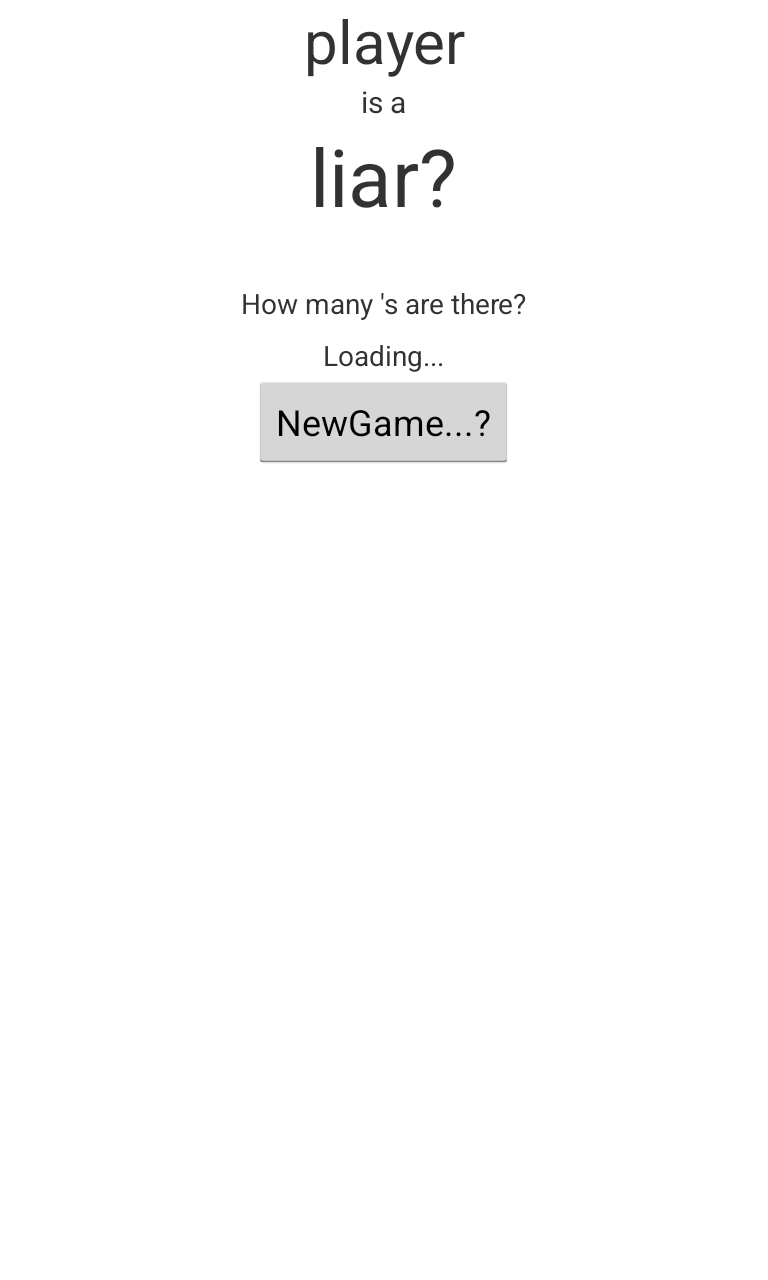
Repository: RayyLim/LiarPoker
Layout: LiarPoker/res/layout/result_main.xml
The author's editor kept a copy of each file at every save. The layout is drawn from the files as they stood at one save, then again after a run of saves.
It is drawn on a 768 x 1280 px phone screen (xhdpi) without system bars, with theme AppTheme; the app's code is not run.

Above is the layout before, as saved 2012-07-22 18:12:17.

### LiarPoker/res/layout/result_main.xml
<?xml version="1.0" encoding="utf-8"?>
<LinearLayout xmlns:android="http://schemas.android.com/apk/res/android"
    android:layout_width="match_parent"
    android:layout_height="match_parent"
    android:orientation="vertical" >



    <LinearLayout
        android:layout_width="wrap_content"
        android:layout_height="wrap_content"
        android:layout_gravity="center_horizontal"
        android:gravity="center_horizontal"
        android:orientation="vertical" >




        <TextView
            android:id="@+id/lastplayer"
            android:layout_width="wrap_content"
            android:layout_height="wrap_content"
            android:gravity="center_horizontal"
            android:text="player"
            android:textSize="30" />



        <TextView
            android:layout_width="wrap_content"
            android:layout_height="wrap_content"
            android:gravity="center_horizontal"
            android:text=" is a "
            android:textSize="15" />



        <TextView
            android:id="@+id/lyingOrNot"
            android:layout_width="wrap_content"
            android:layout_height="wrap_content"
            android:layout_gravity="center_horizontal"
            android:text="liar?"
            android:textSize="40" />

    </LinearLayout>


    <LinearLayout
        android:id="@+id/lyingLayout"
        android:layout_width="wrap_content"
        android:layout_height="wrap_content"
        android:layout_gravity="center_horizontal"
        android:orientation="vertical" >

        <LinearLayout
            android:layout_width="wrap_content"
            android:layout_height="wrap_content" >

            <TextView
                android:layout_width="wrap_content"
                android:layout_height="wrap_content"
                android:text="How many " />

            <TextView
                android:id="@+id/lastNumberText"
                android:layout_width="wrap_content"
                android:layout_height="wrap_content"
                android:text=""
                android:textSize="40" />

            <TextView
                android:layout_width="wrap_content"
                android:layout_height="wrap_content"
                android:text="&apos;s are there?" />
        </LinearLayout>



        <TableLayout
            android:id="@+id/resultTable"
            android:layout_width="wrap_content"
            android:layout_height="match_parent"
            android:layout_gravity="center_horizontal"
            android:layout_weight="8.31" >

        </TableLayout>
    </LinearLayout>


    <TextView
        android:id="@+id/winLoseText"
        android:layout_width="wrap_content"
        android:layout_height="wrap_content"
        android:layout_gravity="center_horizontal"
        android:text="Loading..." />

    <Button
        android:id="@+id/newGameButton"
        android:layout_width="wrap_content"
        android:layout_height="wrap_content"
        android:onClick="NewGameClick"
        android:layout_gravity="center_horizontal"
        android:text="NewGame...?" />

</LinearLayout>

Loaded but not shown: LiarPoker/res/values-v11/styles.xml (common file); LiarPoker/res/values-v14/styles.xml (common file); LiarPoker/res/values/styles.xml (common file)

After the next 2 saves:
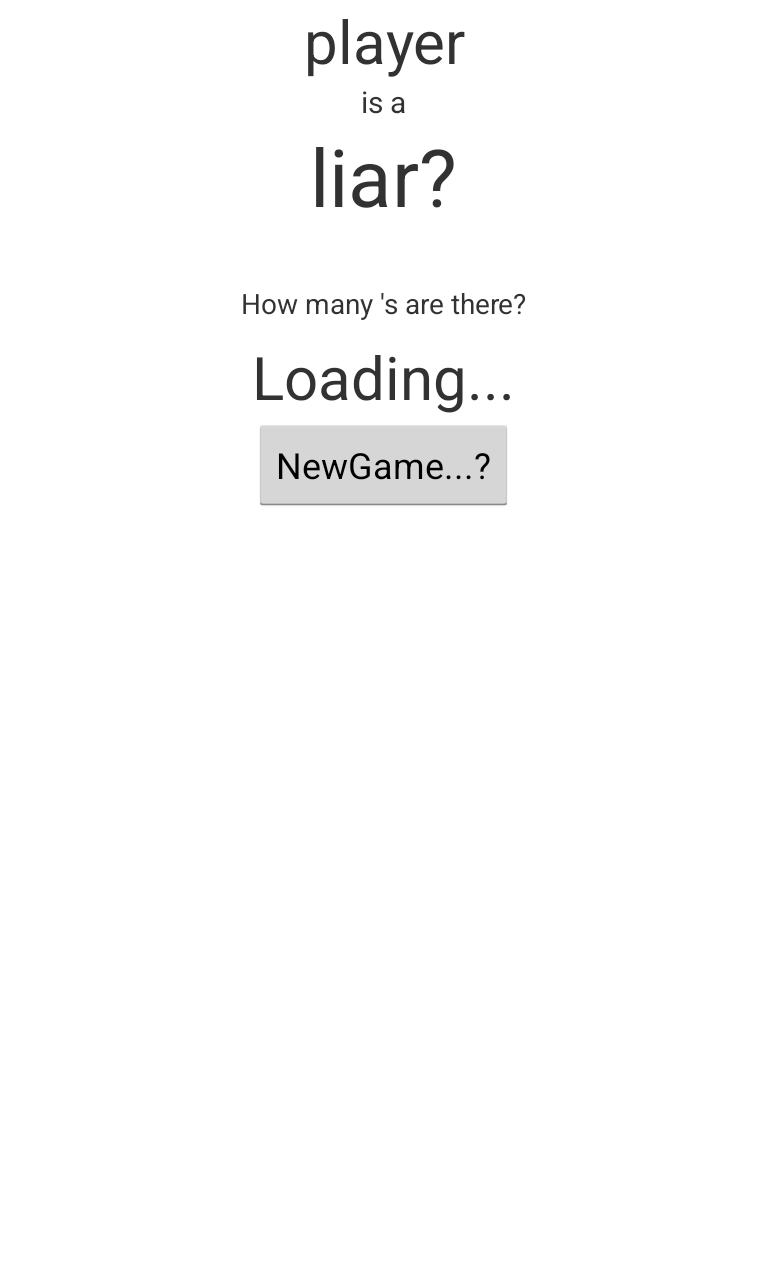
The 2 saves are shown as one change because 1 did not build or start.
The last was saved 3 min 25 s later.
--- a/LiarPoker/res/layout/result_main.xml
+++ b/LiarPoker/res/layout/result_main.xml
@@ -22,7 +22,7 @@
             android:layout_height="wrap_content"
             android:gravity="center_horizontal"
             android:text="player"
-            android:textSize="30" />
+            android:textSize="30dp" />
 
 
 
@@ -31,7 +31,7 @@
             android:layout_height="wrap_content"
             android:gravity="center_horizontal"
             android:text=" is a "
-            android:textSize="15" />
+            android:textSize="15dp" />
 
 
 
@@ -41,7 +41,7 @@
             android:layout_height="wrap_content"
             android:layout_gravity="center_horizontal"
             android:text="liar?"
-            android:textSize="40" />
+            android:textSize="40dp" />
 
     </LinearLayout>
 
@@ -77,15 +77,18 @@
 
 
 
+
         <TableLayout
             android:id="@+id/resultTable"
             android:layout_width="wrap_content"
             android:layout_height="match_parent"
             android:layout_gravity="center_horizontal"
-            android:layout_weight="8.31" >
+            android:layout_weight="8.31"
+            android:scrollbars="vertical" >
 
         </TableLayout>
     </LinearLayout>
+
 
 
     <TextView
@@ -93,7 +96,8 @@
         android:layout_width="wrap_content"
         android:layout_height="wrap_content"
         android:layout_gravity="center_horizontal"
-        android:text="Loading..." />
+        android:text="Loading..."
+        android:textSize="30" />
 
     <Button
         android:id="@+id/newGameButton"
